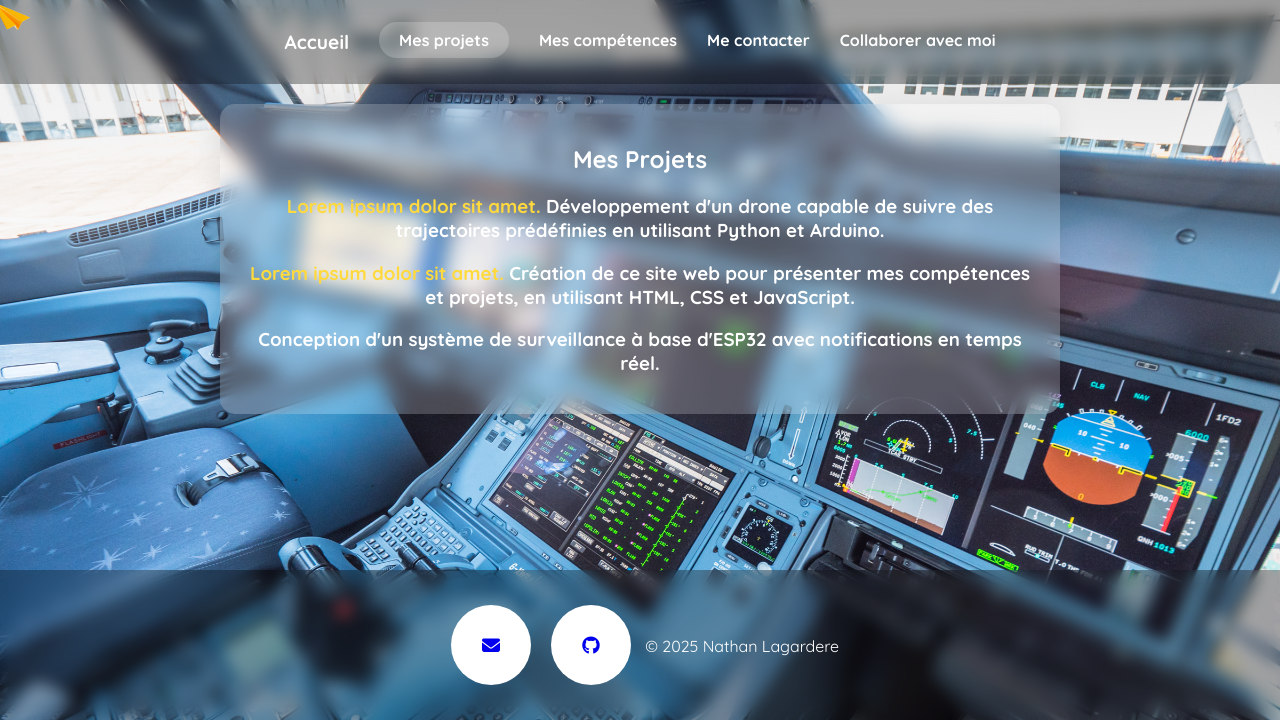
Repository: nlagardere/myportfolio
Page: projects.html
These files come from the project's save history. The page is drawn as it stood at one moment and after the next save; the edit follows.
The browser window is 1280 px wide. The pictures show the whole page.

Above is the page before, as saved 2025-09-06 10:59:19.

After the next save:
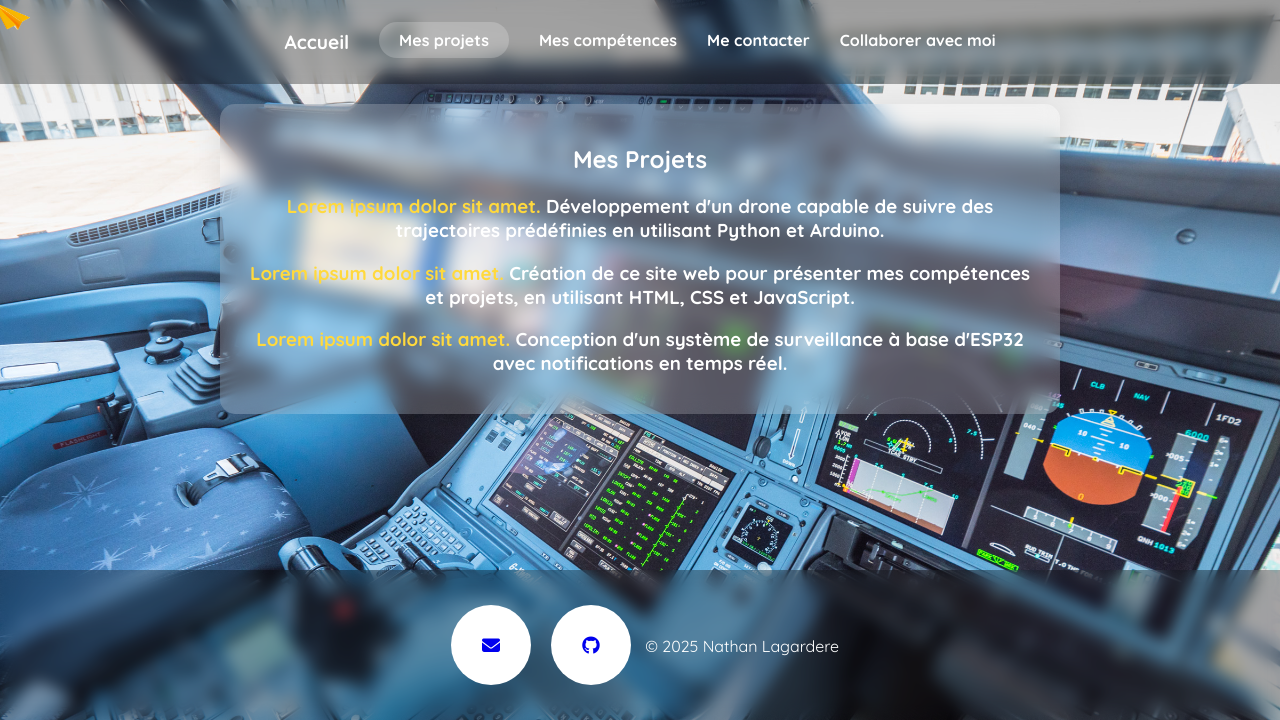
Saved 4 s later.
--- a/projects.html
+++ b/projects.html
@@ -234,7 +234,7 @@
       <h2>Mes Projets</h2>
       <h3><span class="highlight">Lorem ipsum dolor sit amet.</span> Développement d'un drone capable de suivre des trajectoires prédéfinies en utilisant Python et Arduino.</h3>
       <h3><span class="highlight">Lorem ipsum dolor sit amet.</span> Création de ce site web pour présenter mes compétences et projets, en utilisant HTML, CSS et JavaScript.</h3>
-      <h3><span class="highlight"></span> Conception d'un système de surveillance à base d'ESP32 avec notifications en temps réel.</h3>
+      <h3><span class="highlight">Lorem ipsum dolor sit amet.</span> Conception d'un système de surveillance à base d'ESP32 avec notifications en temps réel.</h3>
     </div>
   </div>
 
